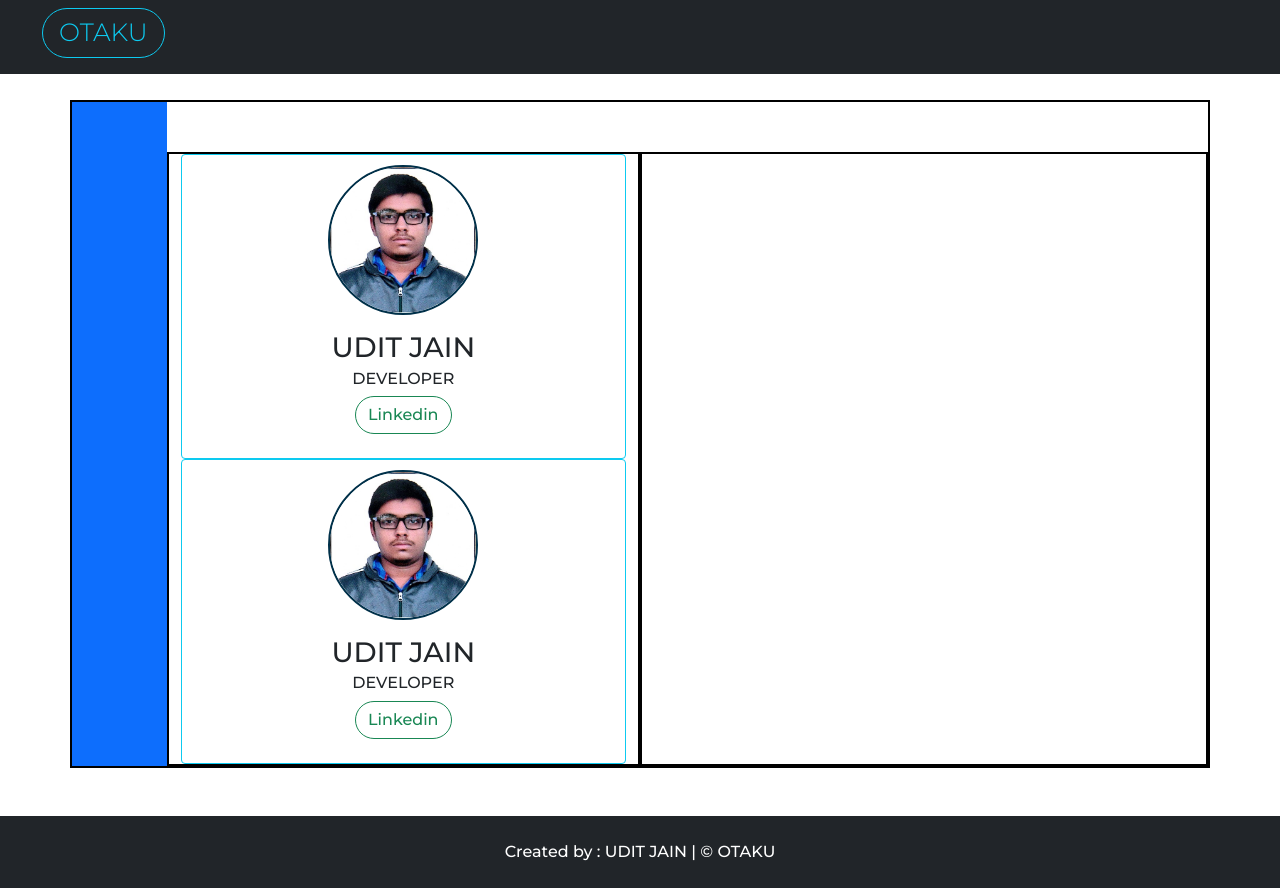
Repository: uditjain100/Responsive-Resume
Page: layouts/index.html
The author's editor kept a copy of each file at every save. The page is drawn from the files as they stood at one save, then again after the next save.
The browser window is 1280 px wide. The pictures show the whole page.
Some web libraries are served in a nearby version.

Above is the page before, as saved 2021-03-01 14:02:48.

After the next save:
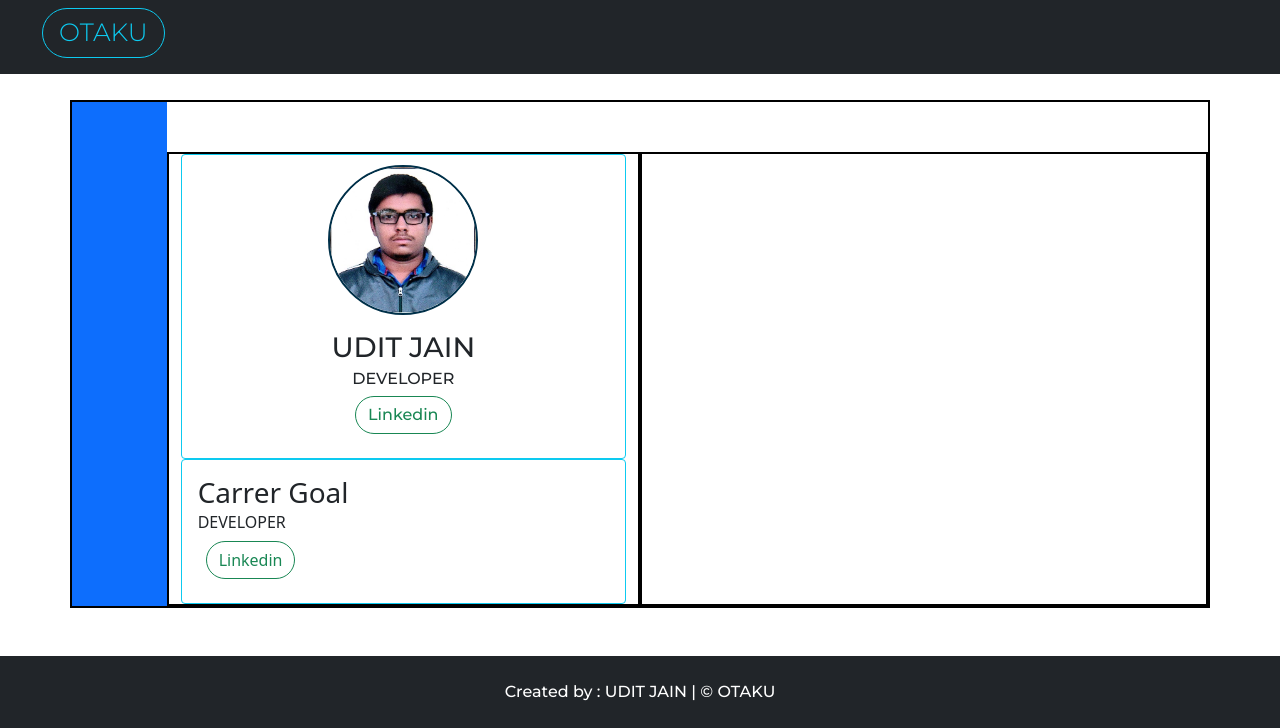
Saved 79 s later.
--- a/layouts/index.html
+++ b/layouts/index.html
@@ -76,15 +76,9 @@
               >
             </div>
           </div>
-          <div id="namebox" class="card border border-info">
-            <img
-              id="profileimg"
-              src="profile.jpg"
-              class="card-img-top"
-              alt="..."
-            />
+          <div id="goalbox" class="card border border-info">
             <div class="card-body">
-              <h3 class="card-title">UDIT JAIN</h3>
+              <h3 class="card-title">Carrer Goal</h3>
               <h6 class="card-subtitle">DEVELOPER</h6>
               <a href="#" class="btn btn-outline-success rounded-pill m-2"
                 >Linkedin</a
